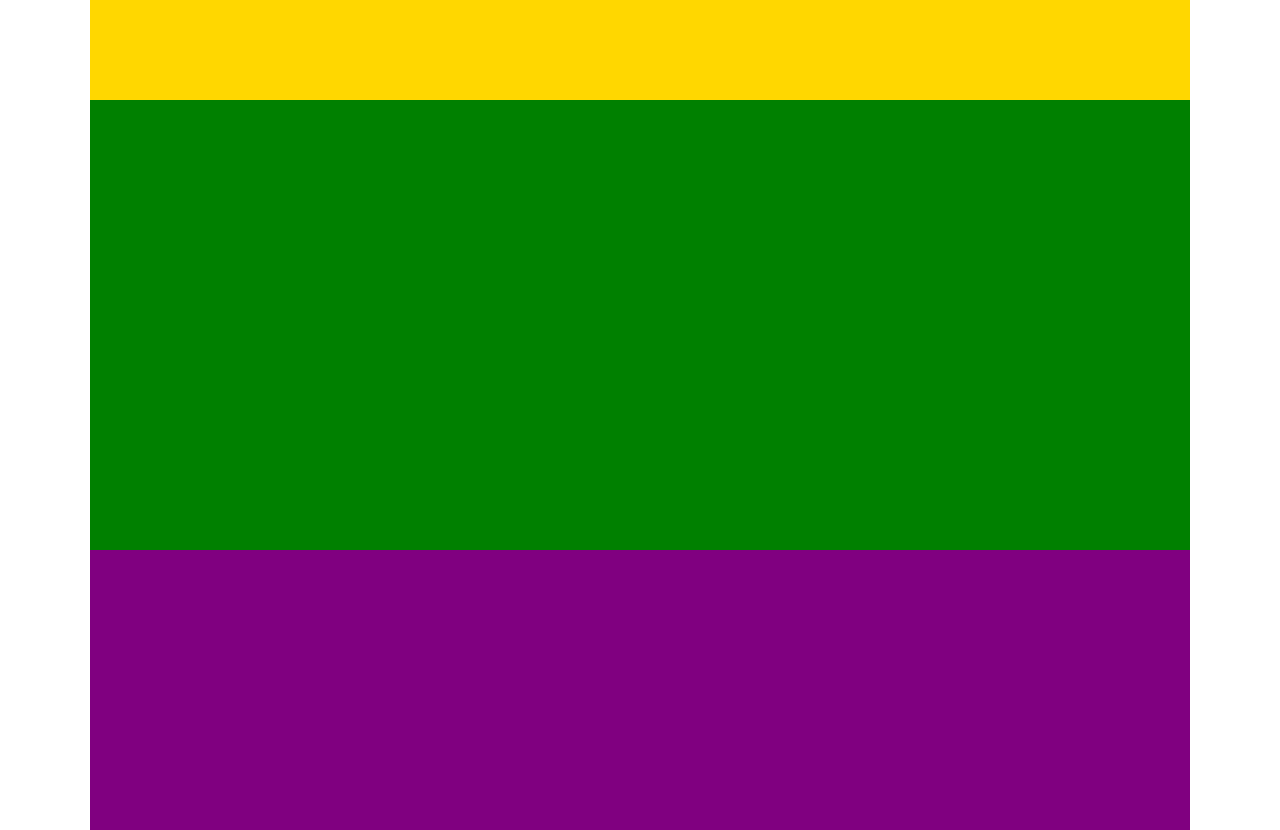
Repository: Hotmintchoco/SpringStudy
Page: HtmlTest/src/main/webapp/index3.html
An editor plug-in stored every save of this project. The page is shown before and after the next save, followed by the edit.
The browser window is 1280 px wide. The pictures show the whole page.

Above is the page before, as saved 2022-05-03 07:32:14.

### HtmlTest/src/main/webapp/index3.html
<!DOCTYPE html>
<html>
<head>
<meta charset="EUC-KR">
<title>Insert title here</title>
<style>
	body {
		margin: 0; padding: 0; font-family: "맑은 고딕";
	}
	ul,ol,li {list-style: none; margin: 0; padding: 0;}

	header {
		width: 1100px; height: 100px; background-color: gold; margin: 0 auto;
	}
	#slider {
		width: 1100px; height: 450px; background-color: green; margin: 0 auto;
	}
	section {
		width: 1100px; height: 280px; background-color: purple; margin: 0 auto;
	}

	footer {
		width: 1100px; height: 100px; background-color: #DB7093; margin: 0 auto;
	}
</style>
</head>
<body>
	<header></header>

	<div id="slider"></div>

	<section></section>
</body>
</html>

After the next save:
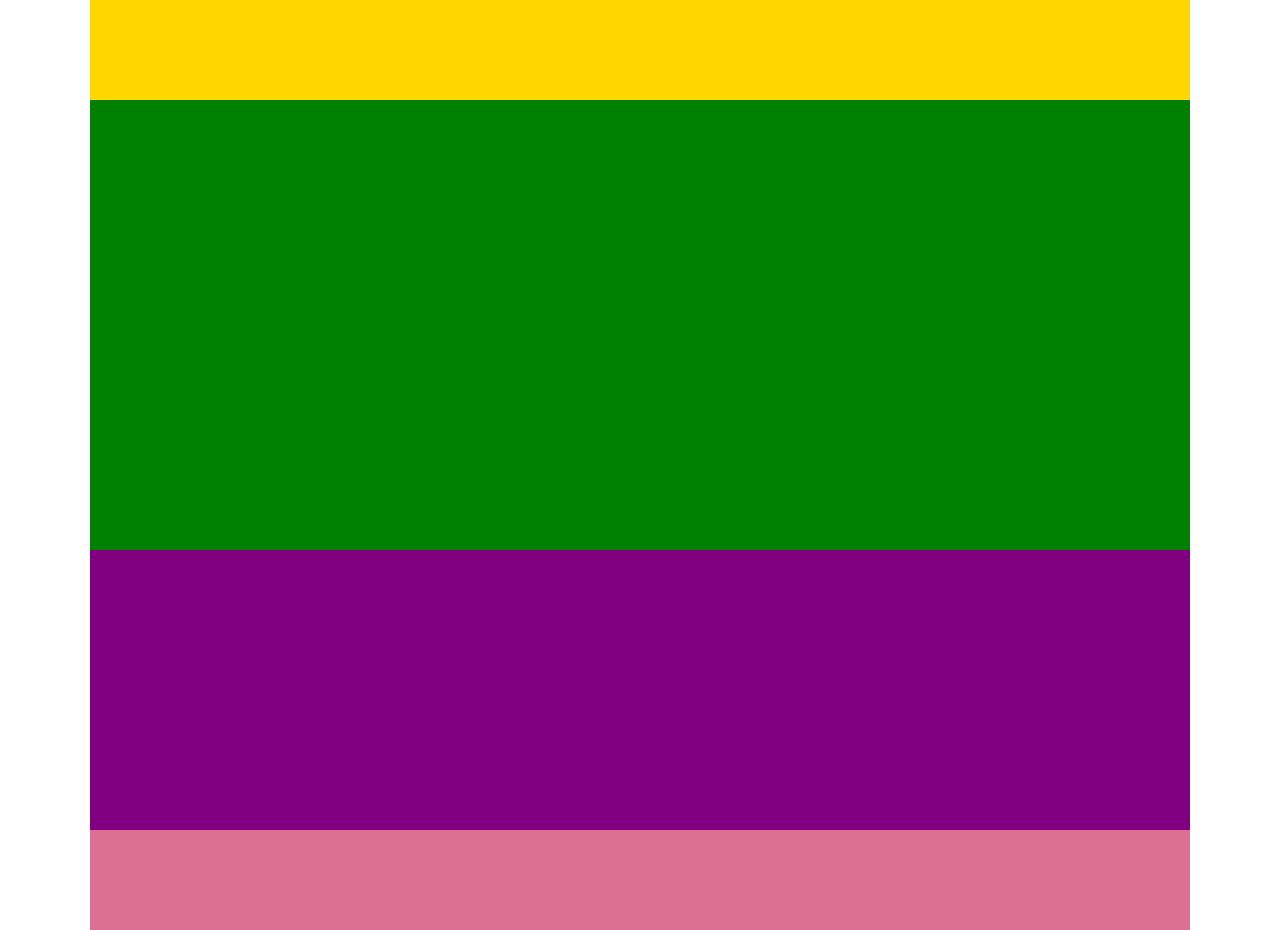
Saved 29 s later.
--- a/HtmlTest/src/main/webapp/index3.html
+++ b/HtmlTest/src/main/webapp/index3.html
@@ -30,5 +30,7 @@
 	<div id="slider"></div>
 
 	<section></section>
+
+	<footer></footer>
 </body>
 </html>
